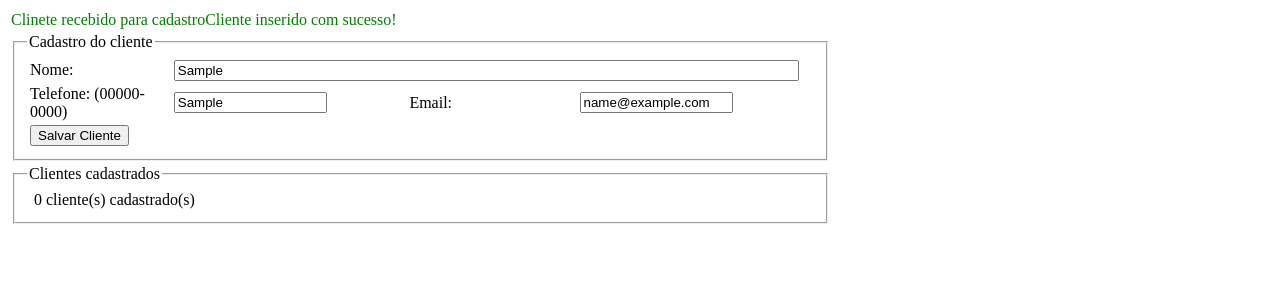
Repository: GabrielGGhost/EstudoJavaAW1-AW2
Page: http://localhost/estudos14/listaClientes
These files come from the project's save history. The page is drawn as it stood at one moment and after the next save; the edit follows.
The browser window is 1280 px wide. The pictures show the whole page.
Empty fields were first filled with sample values (such as "Sample", 5 or name@example.com).
After loading, the first visible `input[onclick="sendRequest()"]` was clicked once.
The page is served by Tomcat 9. Other server files are loaded and not shown. Queries for data that is not in the repository find no rows.

Above is the page before, as saved 2020-10-25 19:56:40.

### estudos14/WebContent/jsp/cadastroClientesAjax.jsp
<%@ page language="java" contentType="text/html; charset=ISO-8859-1"
    pageEncoding="ISO-8859-1"%>

<%@taglib uri="http://java.sun.com/jsp/jstl/core" prefix="c"%>
<!DOCTYPE html PUBLIC "-//W3C//DTD HTML 4.01 Transitional//EN" "http://www.w3.org/TR/html4/loose.dtd">
<html>
<head>
<meta http-equiv="Content-Type" content="text/html; charset=ISO-8859-1">
<title>CRUD de Clientes Ajax</title>
</head>
	<script>
		var request;
		var index = 0;

		function sendRequest() {
			//Monta a url de requisição para o servidor
			url = "salvaClienteAsync";
			request = new XMLHttpRequest();

			//Determina a função para o processamento da requislção
			request.onreadystatechange = processRequest;

			//Configura a requisição
			request.open("POST", url, true);

			//Prepara os dados a serem enviados
			var nome = document.getElementById("nome").value;
			var email = document.getElementById("email").value;
			var telefone = document.getElementById("telefone").value;

			var dados = "Nome: " + nome + "&email" + email + "&telefone" + telefone;

			//Envia a requisição
			request.send(dados);
		}

		function processRequest(){
			//Faz a leitura da resposta recebida
			var response = request.responseText;
			if(request.readyState == 3 && request.status == 200){
				var div = document.getElementById("mensagem");
				var mensagem = response.substring(index);
				div.innerHTML = "";
				div.appendChild(document.createTextNode(mensagem));
				index = response.lenght;
			};
		}
	</script>
<body>
	<table>
		<tr>
			<td>
				<div style="color:green" id="mensagem"></div>
			</td>
		</tr>
		<tr>
			<td>
				<fieldset>
					<legend>Cadastro do cliente</legend>
					<form>
						<table width="100%">
							<tr>
								<td width="25%">
									<label for="nome">
										Nome:
									</label>
								</td>
								<td colspan="3">
									<input name="nome" id="nome" type="text" size="75" maxlength="255" value="${cliente.nome}">
									<input name="id" id="id" type="hidden" value="^${cliente.id}">
								</td>
							</tr>
							<tr>
								<td width="25%">
									<label for="telefone">
										Telefone:&nbsp;(00000-0000)
									</label>
								</td>
								<td>
									<input name="telefone"
										   id="telefone"
										   type="text"
										   size="16"
										   value="${cliente.telefone}">
								</td>
								<td width="25%">
									<label for="email">
										Email:
									</label>
								</td>
								<td>
									<input name="email"
									       id="email"
									       type="email"
									       size="16"
									       value="${cliente.email}">
								</td>
							</tr>
							<tr>
								<td colspan="4">
									<input type="button"
										   onclick="sendRequest()"
										   name="Salvar"
										   value="Salvar Cliente"/>
								</td>
							</tr>
						</table>
					</form>
				</fieldset>
			</td>
		</tr>
		<tr>
			<td>
				<fieldset>
					<legend>
						Clientes cadastrados
					</legend>
					<div class="tabelaGC">
						<table>
							<tr>
								<td class="coluna1"></td>
								<td class="coluna2">
									${clientes.stream().count()} cliente(s) cadastrado(s)
								</td>
								<td class="coluna3"></td>
							</tr>
						</table>
						<c:if test="${!empty clientes}">
							<table>
								<thead>
									<tr>
										<td>Nome</td>
										<td>ID</td>
										<td>Telefone</td>
										<td>Email</td>
									</tr>
								</thead>
								<tbody>
									<c:forEach var="cliente" items="${clientes}">
										<tr>
											<td>
												<a href="EditaCliente?id=${cliente.id}">${cliente.nome}</a>
											</td>
											<td>${cliente.id}</td>
											<td>${cliente.telefone}</td>
											<td>${cliente.email}</td>
											<td><a href="RemoveCliente?id=${cliente.id}">Remover</a></td>
										</tr>
									</c:forEach>
								</tbody>
							</table>
						</c:if>
					</div>
				</fieldset>
			</td>
		</tr>
	</table>
</body>
</html>

### estudos14/src/com/estudo/servlets/ListaClientes.java
package com.estudo.servlets;

import java.util.List;
import java.io.IOException;
import javax.servlet.ServletException;
import javax.servlet.annotation.WebServlet;
import javax.servlet.http.HttpServlet;
import javax.servlet.http.HttpServletRequest;
import javax.servlet.http.HttpServletResponse;

import com.estudo.aw.dao.*;
import com.estudo.model.*;
import com.estudo.exception.GlobalcodeException;

/**
 * Servlet implementation class ListaClientes
 */
@WebServlet("/listaClientes")
public class ListaClientes extends HttpServlet {
	private static final long serialVersionUID = 1L;


	protected void doGet(HttpServletRequest request, HttpServletResponse response) throws ServletException, IOException {

		try{

			ClienteDB cliente = new ClienteDB();

			List<Cliente> clientes = cliente.getAllClients();

			request.setAttribute("clientes", clientes);
			request.getRequestDispatcher("/jsp/cadastroClientesAjax.jsp").forward(request, response);


		} catch(GlobalcodeException ex) {
			//tratamento do erro
		}
	}


}

### estudos14/src/com/estudo/aw/dao/ClienteDAO.java
package com.estudo.aw.dao;

import java.util.List;

import com.estudo.exception.GlobalcodeException;
import com.estudo.model.Cliente;


public interface ClienteDAO {

    public void save(Cliente p) throws GlobalcodeException;

    public List<Cliente> getAllClients() throws GlobalcodeException;

}

### estudos14/src/com/estudo/aw/dao/ClienteDB.java
package com.estudo.aw.dao;


import java.sql.Connection;
import java.sql.PreparedStatement;
import java.sql.ResultSet;
import java.sql.SQLException;
import java.sql.Statement;
import java.util.List;

import com.estudo.exception.GlobalcodeException;
import com.estudo.model.Cliente;

import java.util.ArrayList;


public class ClienteDB implements ClienteDAO {

    private final String INSERT_QUERY = "insert into clientes (nome,preco,marca) values (?,?,?)";
    private final String SELECT_ALL_QUERY = "select * from clientes";

    @Override
    public void save(Cliente p) throws GlobalcodeException {
        Connection conn = null;
        ResultSet rs = null;
        PreparedStatement prepStmt = null;
        try {
            conn = ConnectionManager.getConexao();
            prepStmt = conn.prepareStatement(INSERT_QUERY);
            prepStmt.setString(1, p.getNome());
            prepStmt.setString(2, p.getTelefone());
            prepStmt.setString(3, p.getEmail());
            prepStmt.execute();
        } catch (SQLException e) {
            String msg = "[ClientesDB][save(Cliente c)]: " + e.getMessage();
            GlobalcodeException ge = new GlobalcodeException(msg, e);
            throw ge;
        } finally {
            ConnectionManager.closeAll(conn, prepStmt, rs);
        }
    }

    @Override
    public List<Cliente> getAllClients() throws GlobalcodeException {
        Connection conn = null;
        Statement stmt = null;
        ResultSet rs = null;
        List<Cliente> listaClientes = new ArrayList<Cliente>();
        try {
            conn = ConnectionManager.getConexao();
            stmt = conn.createStatement();
            rs = stmt.executeQuery(SELECT_ALL_QUERY);
            while (rs.next()) {
                int id = rs.getInt("id");
                String nome = rs.getString("nome");
                String telefone = rs.getString("telefone");
                String email = rs.getString("email");
                Cliente p = new Cliente(id, nome, telefone, email);
                listaClientes.add(p);
            }
        } catch (SQLException e) {
            String msg = "[ClientesDB][getAllClientes()]: " + e.getMessage();
            GlobalcodeException ge = new GlobalcodeException(msg, e);
            throw ge;
        } finally {
            ConnectionManager.closeAll(conn, stmt, rs);
        }
        return listaClientes;
    }
}

### estudos14/src/com/estudo/aw/dao/ConnectionManager.java
package com.estudo.aw.dao;


import java.sql.Connection;
import java.sql.DriverManager;
import java.sql.ResultSet;
import java.sql.SQLException;
import java.sql.Statement;

import com.estudo.exception.GlobalcodeException;


public class ConnectionManager {

	private static final String DRIVER = "jdbc";
	private static final String DB = "mysql";
	private static final String HOST = "localhost";
	private static final String IP = "3306";
	private static final String DATABASE = "trainee";
	private static final String TIMEZONE = "?useTimezone=true&serverTimezone=UTC";
	private static final String USER = "root";
	private static final String PASSWORD = "";

    public static Connection getConexao() throws GlobalcodeException {
        Connection conn = null;
        try {
            Class.forName("com.mysql.cj.jdbc.Driver");
            conn = DriverManager.getConnection(
					ConnectionManager.DRIVER + ":" +
					ConnectionManager.DB + "://" +
					ConnectionManager.HOST + ":" +
					ConnectionManager.IP + "/" +
					ConnectionManager.DATABASE +
					ConnectionManager.TIMEZONE,
					ConnectionManager.USER,
					ConnectionManager.PASSWORD);

            System.out.println("[ConnectionManager]: Obtendo conexao");
            return conn;
        } catch (ClassNotFoundException e) {
            String errorMsg = "Driver nao encontrado";
            throw new GlobalcodeException(errorMsg, e);
        } catch (SQLException e) {
            String errorMsg = "Erro ao obter a conexao";
            throw new GlobalcodeException(errorMsg, e);
        }
    }

    public static void closeAll(Connection conn) {
        try {
            if (conn != null) {
                conn.close();
            }
        } catch (Exception e) {
            e.printStackTrace();
        }
    }

    public static void closeAll(Connection conn, Statement stmt, ResultSet rs) {
        try {
            if (conn != null || stmt != null) {
                closeAll(conn, stmt);
            }
            if (rs != null) {
                rs.close();
            }
        } catch (Exception e) {
            e.printStackTrace();
        }
    }

    public static void closeAll(Connection conn, Statement stmt) {
        try {
            if (conn != null) {
                closeAll(conn);
            }
            if (stmt != null) {
                stmt.close();
            }
        } catch (Exception e) {
            e.printStackTrace();
        }
    }
}

### estudos14/src/com/estudo/servlets/SalvaClienteAsync.java
package com.estudo.servlets;

import java.io.IOException;
import java.io.PrintWriter;

import javax.servlet.AsyncContext;
import javax.servlet.ServletException;
import javax.servlet.ServletRequest;
import javax.servlet.ServletResponse;
import javax.servlet.annotation.WebServlet;
import javax.servlet.http.HttpServlet;
import javax.servlet.http.HttpServletRequest;
import javax.servlet.http.HttpServletResponse;

import com.estudo.model.Cliente;

/**
 * Servlet implementation class SalvaClienteAsync
 */
@WebServlet(urlPatterns={"/salvaClienteAsync"}, asyncSupported = true)
public class SalvaClienteAsync extends HttpServlet {
	private static final long serialVersionUID = 1L;


	protected void doGet(HttpServletRequest request, HttpServletResponse response) throws ServletException, IOException {

		AsyncContext contexto = request.startAsync();
		contexto.setTimeout(3000000);
		CadastroAssincrono servico = new CadastroAssincrono(contexto);
		contexto.start(servico);

		PrintWriter o = response.getWriter();
	}

	private class CadastroAssincrono implements Runnable {
		private AsyncContext contexto;

		public CadastroAssincrono(AsyncContext contexto){
			this.contexto = contexto;
		}

		@Override
		public void run(){

			PrintWriter out = null;

			try{
				ServletRequest request = contexto.getRequest();
				ServletResponse response = contexto.getResponse();

				response.setContentType("text/plain");
				out = response.getWriter();

				out.print("Clinete recebido para cadastro");
				out.flush();

				Thread.sleep(3000);

				String id = request.getParameter("id");
				Cliente cliente = null;

				if(id != null && !id.equals("")){
					cliente = new Cliente(Integer.parseInt(id),
										  request.getParameter("nome"),
										  request.getParameter("telefone"),
										  request.getParameter("email"));
				} else {
					cliente = new Cliente(request.getParameter("nome"),
										  request.getParameter("telefone"),
										  request.getParameter("email"));
				}

				out.print("Cliente inserido com sucesso!");
				contexto.complete();
			} catch (Exception ex) {
				out.print("Erro ao salvar cliente");
				contexto.complete();
			}
		}
	}

	protected void doPost(HttpServletRequest request, HttpServletResponse response) throws ServletException, IOException {
		// TODO Auto-generated method stub
		doGet(request, response);
	}

}

### estudos14/src/com/estudo/model/Cliente.java
package com.estudo.model;

public class Cliente {

	private int id;
	private String nome;
	private String telefone;
	private String email;

	public Cliente() {
		super();
	}

	public Cliente(int id, String nome, String telefone, String email) {
		super();
		this.setId(id);
		this.setNome(nome);
		this.setTelefone(telefone);
		this.setEmail(email);
	}

	public Cliente(String nome, String telefone, String email) {
		super();
		this.setNome(nome);
		this.setTelefone(telefone);
		this.setEmail(email);
	}

	public int getId() {
		return id;
	}
	public void setId(int id) {
		this.id = id;
	}
	public String getNome() {
		return nome;
	}
	public void setNome(String nome) {
		this.nome = nome;
	}
	public String getTelefone() {
		return telefone;
	}
	public void setTelefone(String telefone) {
		this.telefone = telefone;
	}
	public String getEmail() {
		return email;
	}
	public void setEmail(String email) {
		this.email = email;
	}
}

After the next save:
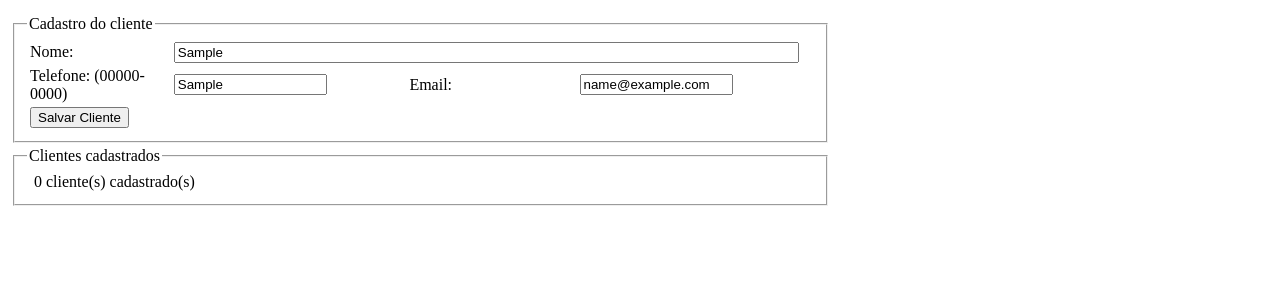
Console error: TypeError: Cannot read properties of null (reading 'value')
Saved 8 min 32 s later.
--- a/estudos14/WebContent/jsp/cadastroClientesAjax.jsp
+++ b/estudos14/WebContent/jsp/cadastroClientesAjax.jsp
@@ -25,8 +25,8 @@
 
 			//Prepara os dados a serem enviados
 			var nome = document.getElementById("nome").value;
-			var email = document.getElementById("email").value;
-			var telefone = document.getElementById("telefone").value;
+			var email = document.getElementById("email:").value;
+			var telefone = document.getElementById("telefone:").value;
 
 			var dados = "Nome: " + nome + "&email" + email + "&telefone" + telefone;
 

After the save that followed:
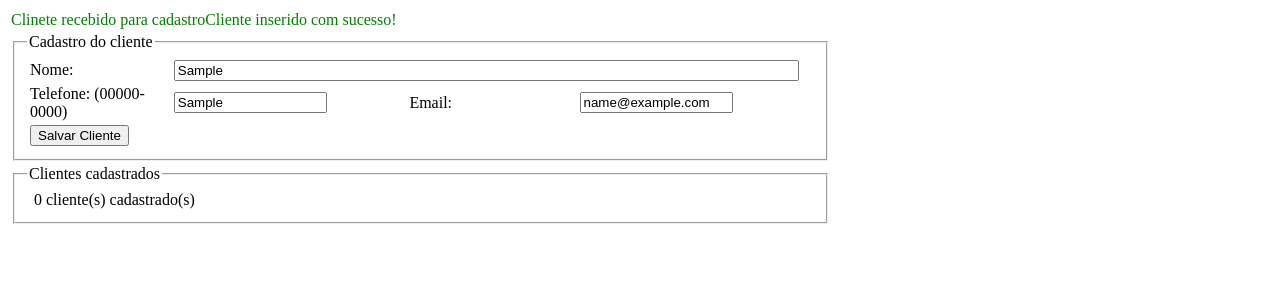
The error is gone.
Saved 82 s later.
--- a/estudos14/WebContent/jsp/cadastroClientesAjax.jsp
+++ b/estudos14/WebContent/jsp/cadastroClientesAjax.jsp
@@ -25,8 +25,8 @@
 
 			//Prepara os dados a serem enviados
 			var nome = document.getElementById("nome").value;
-			var email = document.getElementById("email:").value;
-			var telefone = document.getElementById("telefone:").value;
+			var email = document.getElementById("email").value;
+			var telefone = document.getElementById("telefone").value;
 
 			var dados = "Nome: " + nome + "&email" + email + "&telefone" + telefone;
 
